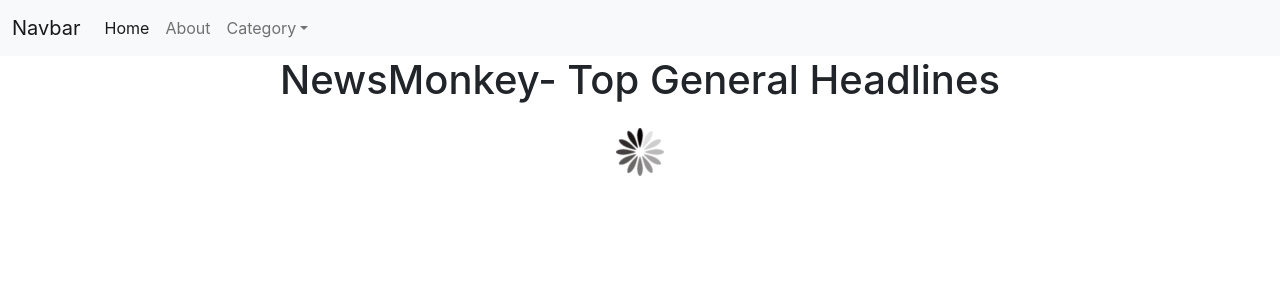
Repository: Sid9050/NewsMonkey
Page: /
An editor plug-in stored every save of this project. The page is shown before and after the next save, followed by the edit.
The browser window is 1280 px wide. The pictures show the whole page.
The page's requests for data from a server got no answer. The project was rebuilt for these pictures with package versions that can differ from the ones it lists, and the page was loaded fresh each time. No one was signed in, and anything a server would have sent is missing. Also part of the build but not shown: src/App.css, src/Components/NewsItem.js.

Above is the page before, as saved 2022-06-21 16:09:38.

After the next save:
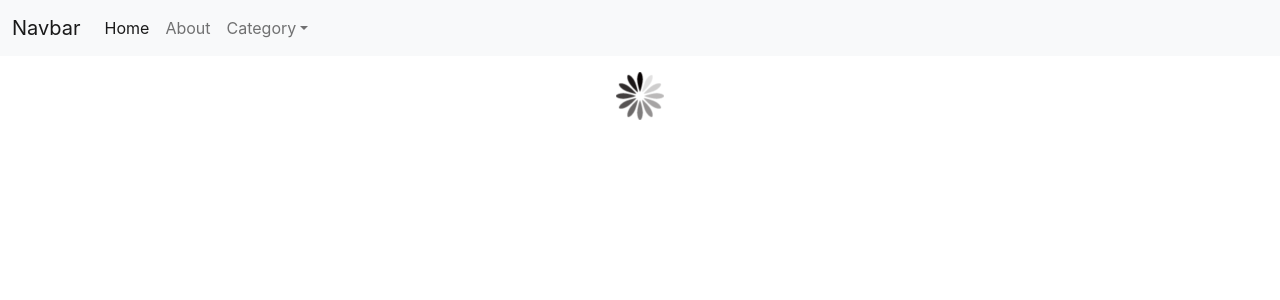
Saved 62 min 40 s later.
--- a/src/Components/NavBar.js
+++ b/src/Components/NavBar.js
@@ -4,7 +4,7 @@
 const NavBar=()=> {
     return (
       <div>
-        <nav className="navbar navbar-expand-lg bg-light">
+        <nav className="navbar fixed-top navbar-expand-lg bg-light">
   <div className="container-fluid">
     <Link className="navbar-brand" to="#">Navbar</Link>
     <button className="navbar-toggler" type="button" data-bs-toggle="collapse" data-bs-target="#navbarSupportedContent" aria-controls="navbarSupportedContent" aria-expanded="false" aria-label="Toggle navigation">
